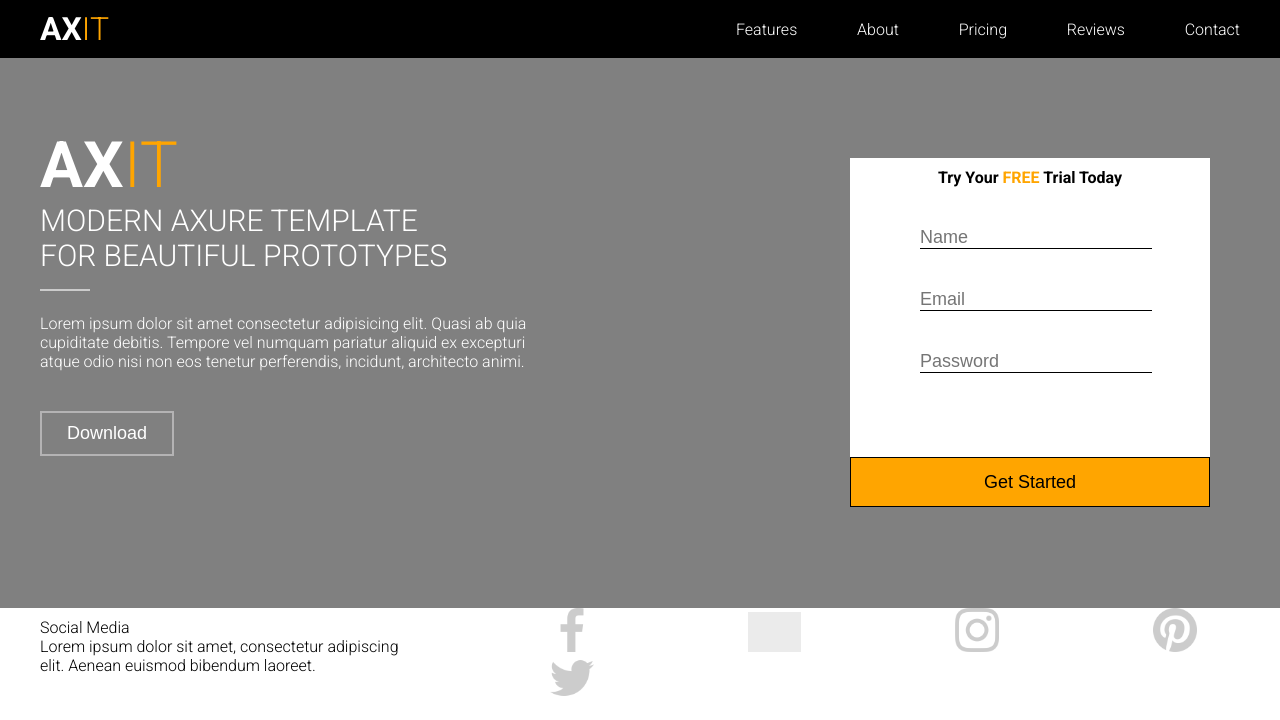
Repository: AsadKasimov/axit
Page: in.html
These files come from the project's save history. The page is drawn as it stood at one moment and after the next save; the edit follows.
The browser window is 1280 px wide. The pictures show the whole page.
Pictures or frames that could not be fetched are drawn as grey boxes.

Above is the page before, as saved 2023-04-14 23:25:45.

### in.html
<!DOCTYPE html>
<html lang="en">
<head>
    <meta charset="UTF-8">
    <meta http-equiv="X-UA-Compatible" content="IE=edge">
    <meta name="viewport" content="width=device-width, initial-scale=1.0">
    <title>Document</title>
    <link rel="stylesheet" href="style.css">
</head>
<body>
    <nav>
        <div class="navig">
            <div>
                <a href="#" ><span class="css-axit">AX</span><span class="color-axit">IT<span></a>
            </div>
            <div class="navigation">
                <a href="#">Features</a>
                <a href="#">About</a>
                <a href="#">Pricing</a>
                <a href="#">Reviews</a>
                <a href="#">Contact</a>
            </div>
        </div>
    </nav>

    <div class="main">
        <div class="download">
            <a href="#" ><span class="css-axit">AX</span><span class="color-axit">IT<span></a>

            <span><br>MODERN AXURE TEMPLATE<br>
            FOR BEAUTIFUL PROTOTYPES</span>

            <hr/>

            <p>Lorem ipsum dolor sit amet consectetur adipisicing elit. Quasi ab quia cupiditate debitis. Tempore vel numquam pariatur aliquid ex excepturi atque odio nisi non eos tenetur perferendis, incidunt, architecto animi.</p>

            <button class="btn-download">Download</button>

        </div>

        <div class="get-user-data">
            <p>Try Your <span class="color-get-user-data">FREE</span> Trial Today</p>
            <input type="text" placeholder="Name" class="name">
            <input type="email" placeholder="Email" class="email">
            <input type="password" placeholder="Password" class="password">
            <input type="submit" value="Get Started" class="submit">


        </div>
    </div>

    <footer>
        <div class="soc">
            <div class="info">
                <p>Social Media</p>
                <p>Lorem ipsum dolor sit amet, consectetur adipiscing elit. Aenean euismod bibendum laoreet.</p>
            </div>
            <div class="soc-ac">
                <a href="#"><img src="./img/facebook.png" alt="" width="5%"></a>
                <a href="#"><img src="./img/google.png" alt="" width="6%"></a>
                <a href="#"><img src="./img/instagram.png" alt="" width="5%"></a>
                <a href="#"><img src="./img/pinterest.png" alt="" width="5%"></a>
                <a href="#"><img src="./img/twitter.png" alt="" width="5%"></a>
            </div>

    </footer>
</body>
</html>

### style.css
@import url('https://fonts.googleapis.com/css2?family=Roboto:wght@300;700&display=swap');

*{
    margin: 0;
    padding: 0;
    color: #fff;
}

body{
    background: #fff;
    font-family: 'Roboto', sans-serif;

}

.navig{
    display: flex;
    flex-flow: row wrap;
    justify-content: space-between;
    align-items: center;

}
a{
    text-decoration: none;
    color: #fff;
}

a:hover{
    cursor: pointer;
    color: orange;
}

.css-axit{
    font-weight: 700;
}

.navig> div:nth-child(1){
    font-size: 2em;
}

.color-axit{
    color: orange;
}

.navig{
    height: 58px;
    width: 1700;
    background-color: black;
    padding-left: 40px;
    padding-right: 40px;
}

.navigation{
    display: flex;
    flex-flow: row wrap;
    justify-content: space-between;
    flex-basis: 42%;

}

hr {
    display: block;
    height: 7px;
    width: 50px;
    border: 0;
    border-top: 2px solid #ccc;
    margin: 1em 0;
    padding: 0;
}


.main{
    height: 550px;
    width: 100%;
    background-color: gray;

}

.download{
    float: left;
    padding-left: 40px;
    padding-top: 70px;
    width: 500px;
}

.download >a{
    font-size: 4em;
}

.download >span{
    text-decoration: none;
    font-size: 30px;
}

.btn-download{
    background: none;
    display: block;
    margin-top: 40px;
    background: none;
    border: 2px solid #b4b3b4;
    cursor: pointer;
    font-family: 'Nexa Bold', sans-serif;
    font-size: 18px;
    padding: 10px 25px;
}

.get-user-data{
    float: right;
    margin-right: 70px;
    margin-top: 100px;
    width: 360px;
    text-align: center;
    height: 300px;
    background-color: #fff;
}

.get-user-data>p{
    padding-top: 10px;
    color: black;
    font-weight: bold;
}

.color-get-user-data{
    color: orange;
}

.name, .email, .password{
    background: none;
    display: block;
    margin-top: 40px;
    margin-left: 70px;
    background: none;
    border: 2px solid #b4b3b4;
    color: black;
    font-family: 'Nexa Bold', sans-serif;
    font-size: 18px;
    text-align: left;
    border: none;
    border-bottom: 1px solid black;
}

.name:focus, .email:focus, .password:focus{
    outline: none;
}

.submit{
    background: orange;
    display: block;
    width: 360px;
    margin-top: 84px;
    height: 50px;
    color: black;
    font-family: 'Nexa Bold', sans-serif;
    font-size: 18px;
    text-align: center;
    border: 1px solid black;
    cursor: pointer;

}

.info{

    float: left;
    padding-left: 40px;
    padding-top: 10px;

}

.info>p{
    color: black;
    width: 360px;


}
.soc{
    display: flex;
}

.soc-ac>a{
    margin-left: 150px;
    margin-right: 0px;
    opacity: .2;

}

After the next save:
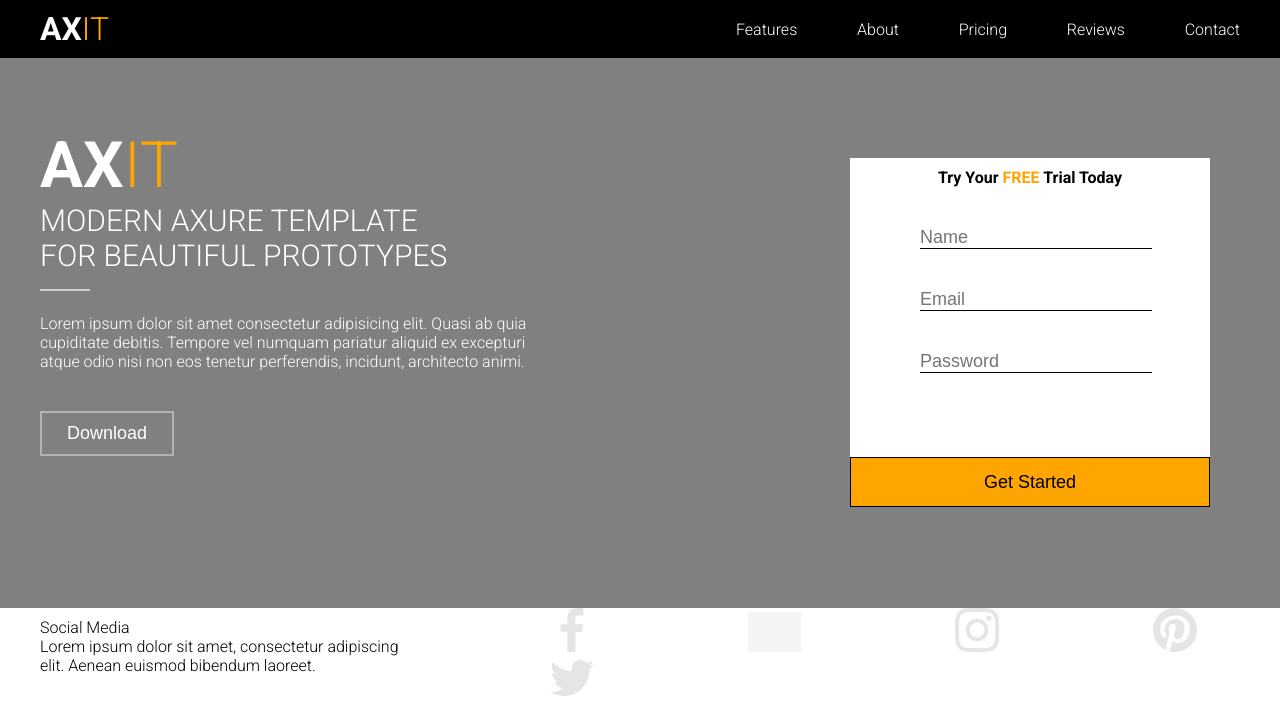
Saved 10 s later.
--- a/style.css
+++ b/style.css
@@ -178,6 +178,6 @@ hr {
 .soc-ac>a{
     margin-left: 150px;
     margin-right: 0px;
-    opacity: .2;
+    opacity: .1;
 
 }
